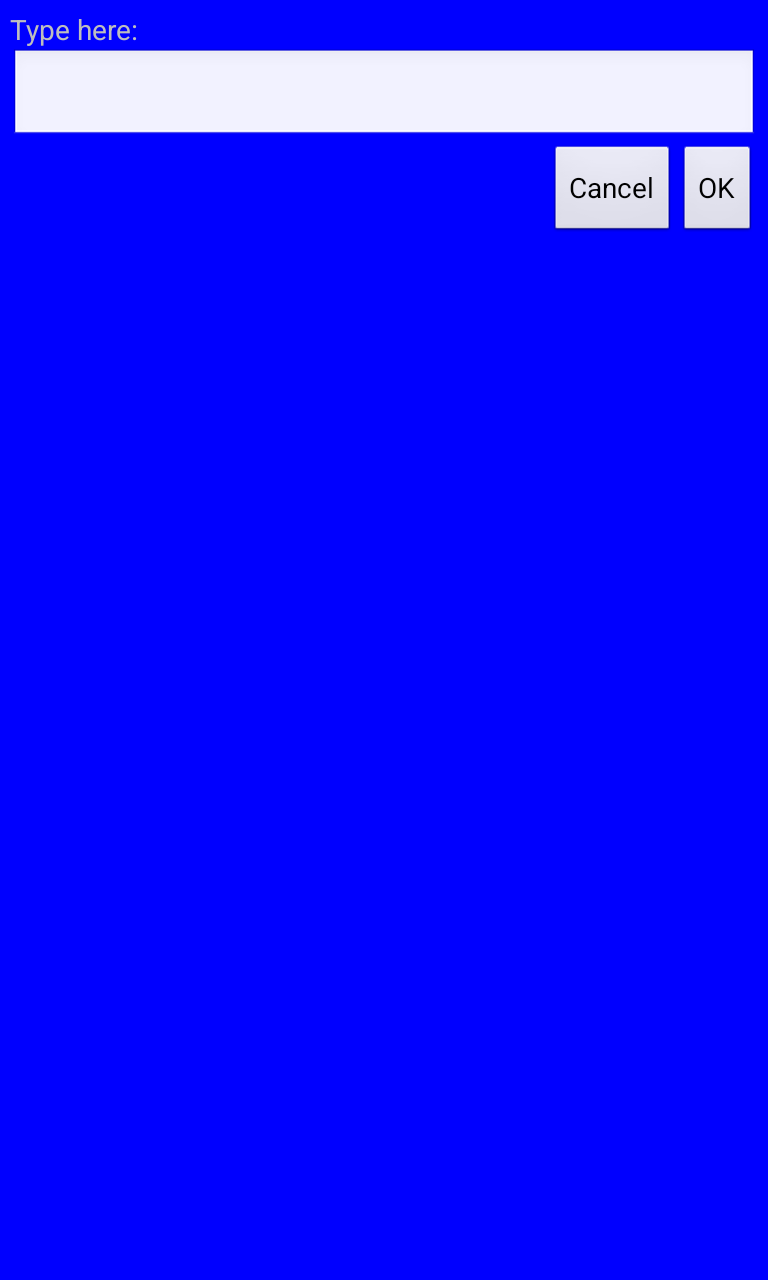
Repository: fangbao/Google_Android
Layout: Android_space/11.RelativeLayout/res/layout/main.xml
An editor plug-in stored every save of this project. The layout is shown before and after the next save, followed by the edit.
It is drawn on a 768 x 1280 px phone screen (xhdpi) without system bars, with theme android:Theme; the app's code is not run.

Above is the layout before, as saved 2011-12-25 03:37:59.

After the next save:
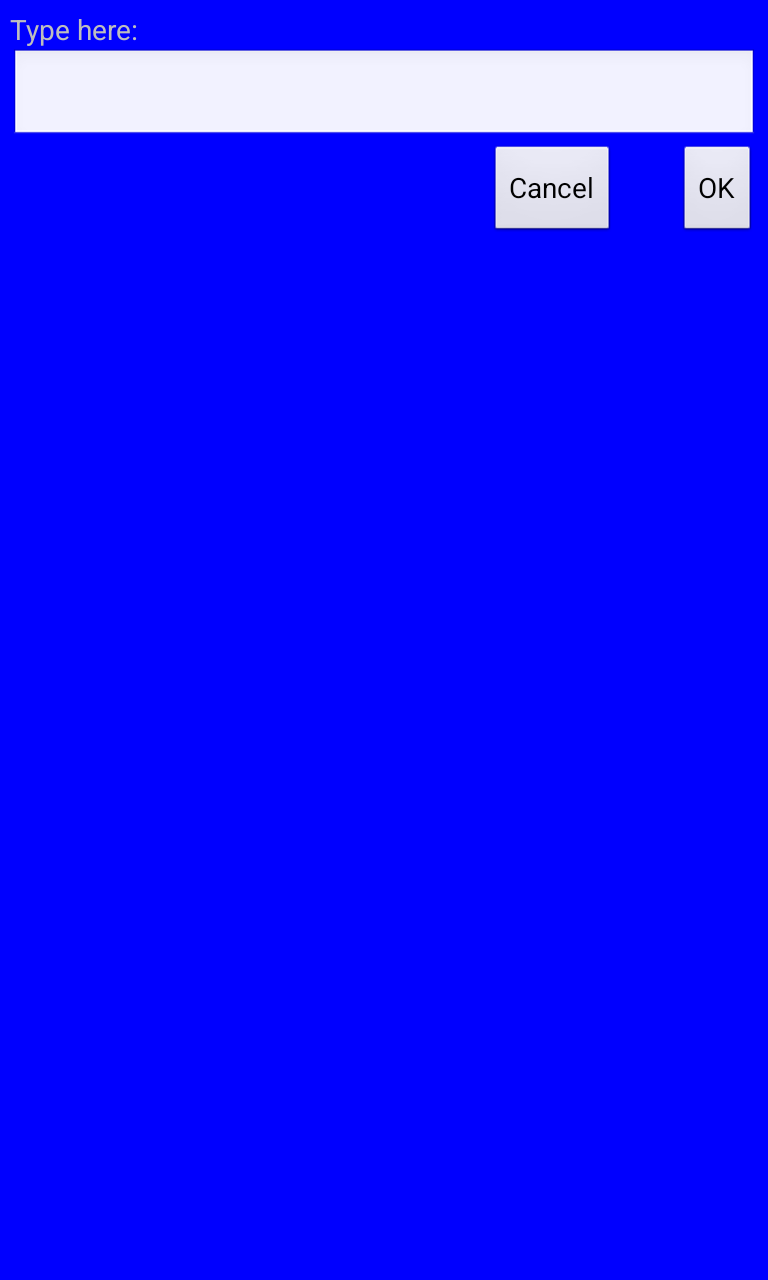
Saved 3 min 45 s later.
--- a/Android_space/11.RelativeLayout/res/layout/main.xml
+++ b/Android_space/11.RelativeLayout/res/layout/main.xml
@@ -32,6 +32,7 @@
         android:layout_height="wrap_content"
         android:layout_toLeftOf="@id/btn01"
         android:layout_below="@id/txt01"
+        android:layout_marginRight="30dp"
         android:text="Cancel" />
 
 </RelativeLayout>
